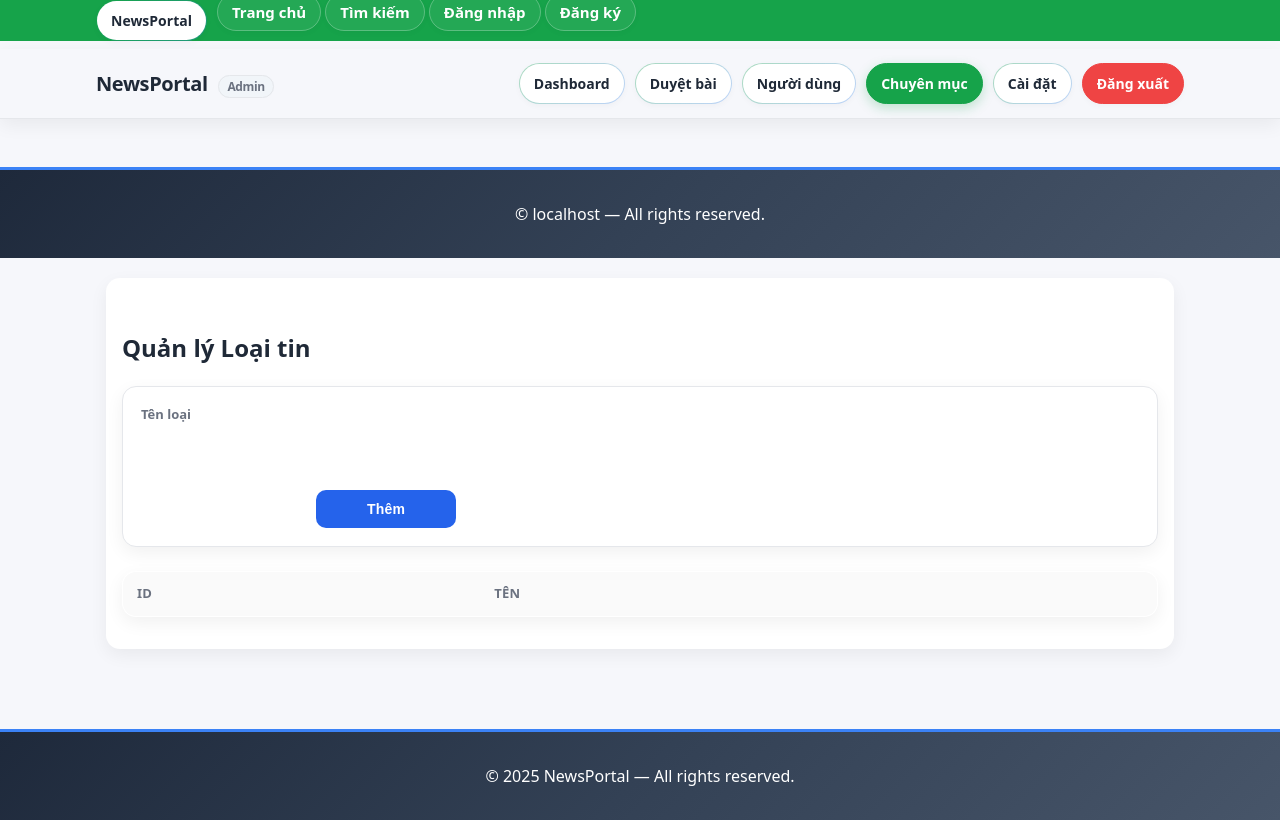
Repository: minhtvpy00202-git/Assignment_PY00202_MinhTV
Page: http://localhost/NewsPortal_PY00202/WEB-INF/views/admin/categories.jsp
An editor plug-in stored every save of this project. The page is shown before and after the next save, followed by the edit.
The browser window is 1280 px wide. The pictures show the whole page.
The page is served by Tomcat 10. Nobody is signed in. The template is opened directly, without the code that normally fills it, so the values that code supplies are empty.

Above is the page before, as saved 2025-10-09 12:01:11.

After the next save:
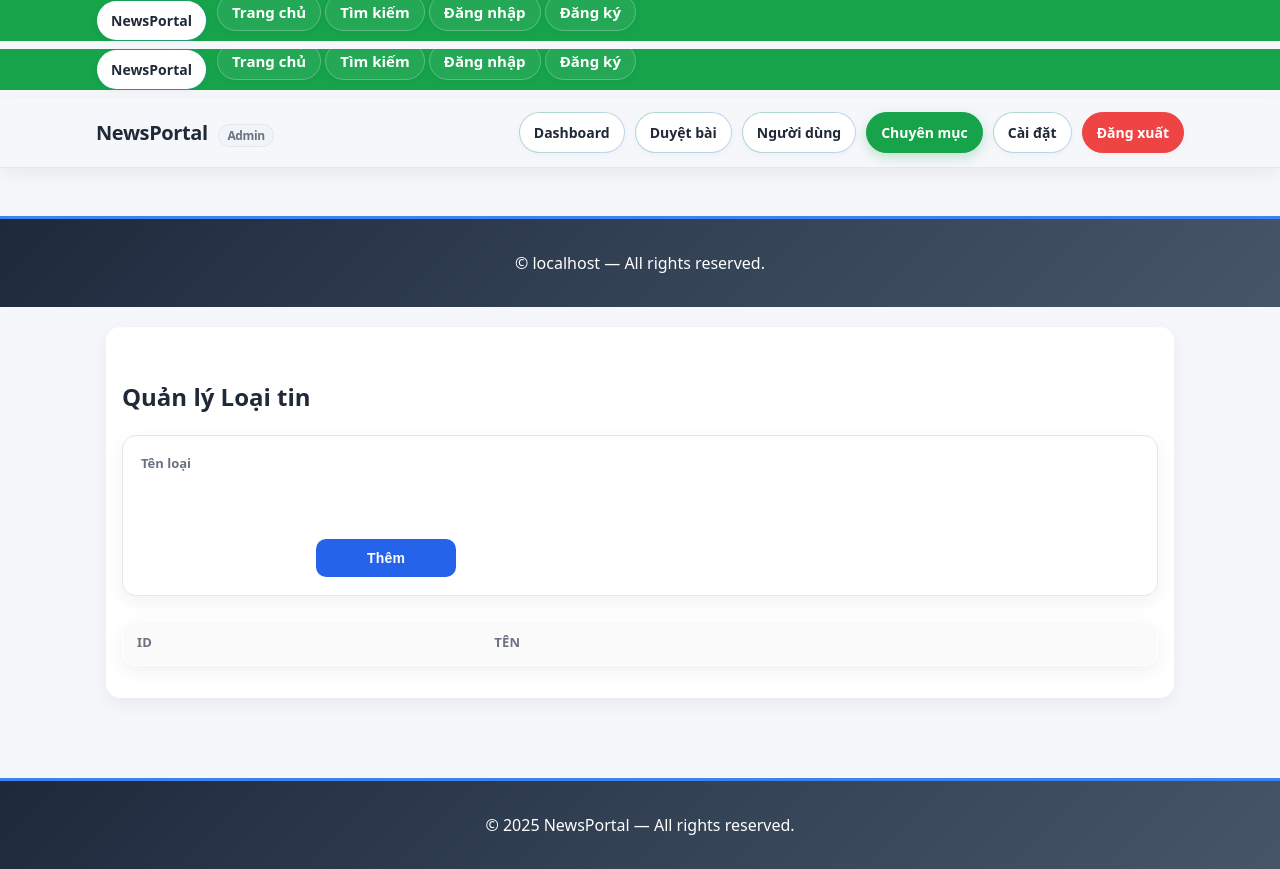
Saved 81 s later.
--- a/Assignment_NewsPortal/NewsPortal_PY00202/src/main/webapp/WEB-INF/views/admin/categories.jsp
+++ b/Assignment_NewsPortal/NewsPortal_PY00202/src/main/webapp/WEB-INF/views/admin/categories.jsp
@@ -1,4 +1,5 @@
 <%@ page contentType="text/html; charset=UTF-8" pageEncoding="UTF-8"%>
+<%@ include file="../layout/header.jsp" %>
 <%@ taglib prefix="c" uri="jakarta.tags.core" %>
 <%@ include file="../layout/header.jsp" %>
 <jsp:include page="../layout/admin-header.jsp"/>
